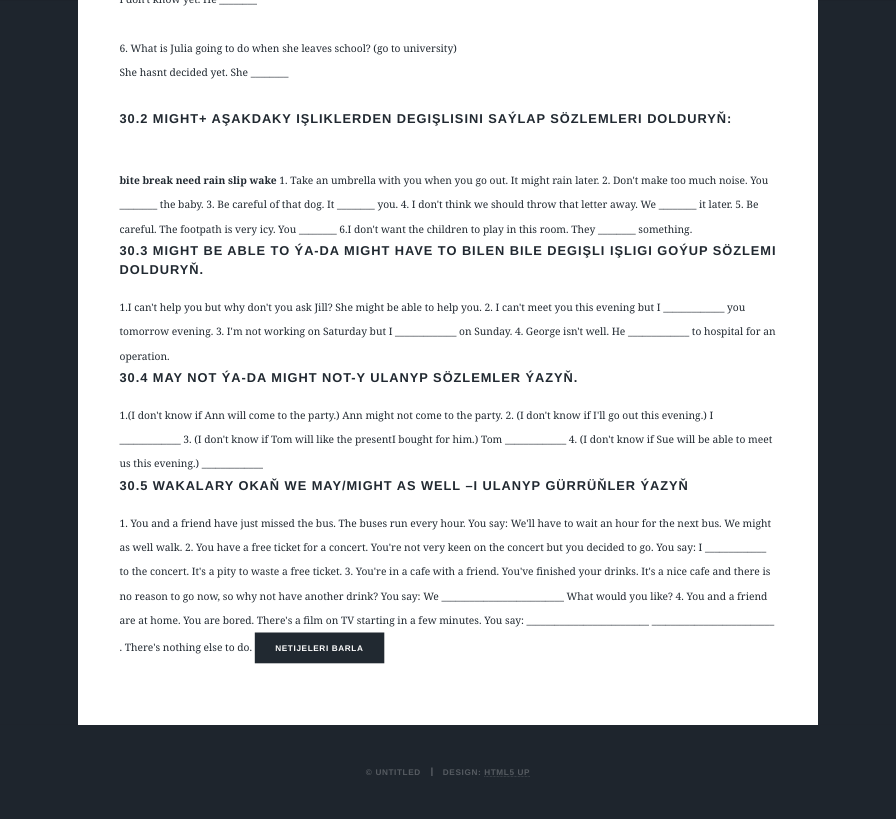
Repository: Sahet-dev/English-grammar-app
Page: test/test_unit _30.html
An editor plug-in stored every save of this project. The page is shown before and after the next save, followed by the edit.
The browser window is 1280 px wide. The pictures show the part of the page from y = 962 to 2882 px (the page is 2132 px tall before and 3351 px after), at 70% of full size.
Some web fonts or font styles are not loaded; a fallback is used.

Above is the page before, as saved 2022-06-24 17:03:01.

### test/test_unit _30.html
<!DOCTYPE HTML>
<!--
	Massively by HTML5 UP
	html5up.net | @ajlkn
	Free for personal and commercial use under the CCA 3.0 license (html5up.net/license)
-->
<html>
	<head>
		<title>Test </title>
		<meta charset="utf-8" />
		<meta name="viewport" content="width=device-width, initial-scale=1, user-scalable=no" />
		<link rel="stylesheet" href="../assets/css/test.css" />
		<noscript><link rel="stylesheet" href="../assets/css/noscript.css" /></noscript>
	</head>
	<body class="is-preload">

		<!-- Wrapper -->
			<div id="wrapper">

				<!-- Header -->
					<header id="header">
						<a href="index.html" class="logo">Esasy Sahypa</a>
					</header>

				<!-- Nav -->
					<nav id="nav">
						<ul class="links">
							<li><a href="units/.html">This is Massively</a></li>

						</ul>
						<ul class="icons">
							<li><a href="#" class="icon brands fa-twitter"><span class="label">Twitter</span></a></li>
							<li><a href="#" class="icon brands fa-facebook-f"><span class="label">Facebook</span></a></li>
							<li><a href="#" class="icon brands fa-instagram"><span class="label">Instagram</span></a></li>
							<li><a href="#" class="icon brands fa-github"><span class="label">GitHub</span></a></li>
						</ul>
					</nav>

				<!-- Main -->
					<div id="main">

						<!-- Post -->
							<section class="post">
								<header class="major">
									<h2>


									</h2>
								</header>

								<!-- Text stuff -->

									<p>
										<form action="results-unit-1.php" method="post">

										<h3>30.1


														Might ýa-da may-i ulanyp sözlemler ýazyň.</h3>
														1. Where are you going for your holidays? (to
														Ireland)<br>
														I haven't decided yet. I may go to ireland.
														<br><br>
														2. What sort of car are you going to buy? (a
														Mercedes)<br>
														I'm not sure yet. I   ________
														<br><br>
														3. What are you doing this weekend? (go to
														London)<br>
														I haven't decided yet. I  ________
														<br><br>
														4. Where are you going to hang that picture? (in
														the dining room)<br>
														I haven't made up my mind yet. I   ________
														<br><br>
														5. When is Tom coming to see us? (on
														Saturday)<br>
														I don't know yet. He    ________
														<br><br>
														6. What is Julia going to do when she leaves
														school? (go to university)<br>
														She hasnt decided yet. She    ________
														<br><br>
													<h3>30.2

														Might+ aşakdaky işliklerden degişlisini saýlap sözlemleri dolduryň:</h3>
														<br><b>
														bite

														break

														need

														rain

														slip

														wake
																	</b>
														1. Take an umbrella with you when you go out.
														It might rain later.

														2. Don't make too much noise. You   ________   the baby.



														3. Be careful of that dog. It   ________

														you.

														4. I don't think we should throw that letter
														away. We    ________    it later.

														5. Be careful. The footpath is very icy.

														You   ________

														6.I don't want the children to play in this room.
														They    ________   something.

													<h3>30.3

														Might be able to ýa-da might have to bilen bile degişli işligi goýup sözlemi dolduryň.</h3>

														1.I can't help you but why don't you ask Jill?
														She might be able to help you.

														2. I can't meet you this evening but I    _____________   you tomorrow evening.

														3. I'm not working on Saturday but I    _____________    on Sunday.

														4. George isn't well. He    _____________   to hospital for an operation.



													<h3>30.4

														May not ýa-da might not-y ulanyp sözlemler ýazyň.</h3>

														1.(I don't know if Ann will come to the party.)
														Ann might not come to the party.

														2. (I don't know if I'll go out this evening.)
														I   _____________
														3. (I don't know if Tom will like the presentI
														bought for him.) Tom   _____________

														4. (I don't know if Sue will be able to meet us
														this evening.)   _____________

													<h3>30.5

														Wakalary okaň we may/might as well –i
														Ulanyp gürrüňler ýazyň</h3>

														1. You and a friend have just missed the bus.
														The buses run every hour.
														You say: We'll have to wait an hour for the next bus. We might as well walk.



														2. You have a free ticket for a concert. You're

														not very keen on the concert but you decided to

														go.

														You say:

														I   _____________    to the

														concert. It's a pity to waste a free ticket.

														3. You're in a cafe with a friend. You've finished

														 your drinks. It's a nice cafe and there is no
														reason to go now, so why not have another
														drink?

														You say:
														We   __________________________

														What would you like?

														4. You and a friend are at home. You are bored.

														There's a film on TV starting in a few minutes.
														You say:   __________________________      __________________________   .

														There's nothing else to do.



											        <button class="button primary" type="submit">Netijeleri barla</button>
										</form>



									</p>


							</section>

					</div>


				<!-- Copyright -->
					<div id="copyright">
						<ul><li>&copy; Untitled</li><li>Design: <a href="https://html5up.net">HTML5 UP</a></li></ul>
					</div>

			</div>

		<!-- Scripts -->
			<script src="assets/js/jquery.min.js"></script>
			<script src="assets/js/jquery.scrollex.min.js"></script>
			<script src="assets/js/jquery.scrolly.min.js"></script>
			<script src="assets/js/browser.min.js"></script>
			<script src="assets/js/breakpoints.min.js"></script>
			<script src="assets/js/util.js"></script>
			<script src="assets/js/main.js"></script>

	</body>
</html>

Loaded but not shown: assets/js/jquery.min.js (library); assets/js/jquery.scrollex.min.js (common file); assets/js/jquery.scrolly.min.js (common file); assets/js/browser.min.js (common file); assets/js/breakpoints.min.js (common file); assets/css/fontawesome-all.min.css (library); assets/js/util.js (587 lines, source omitted); assets/js/main.js (258 lines, source omitted); assets/css/test.css (4689 lines, source omitted)

After the next save:
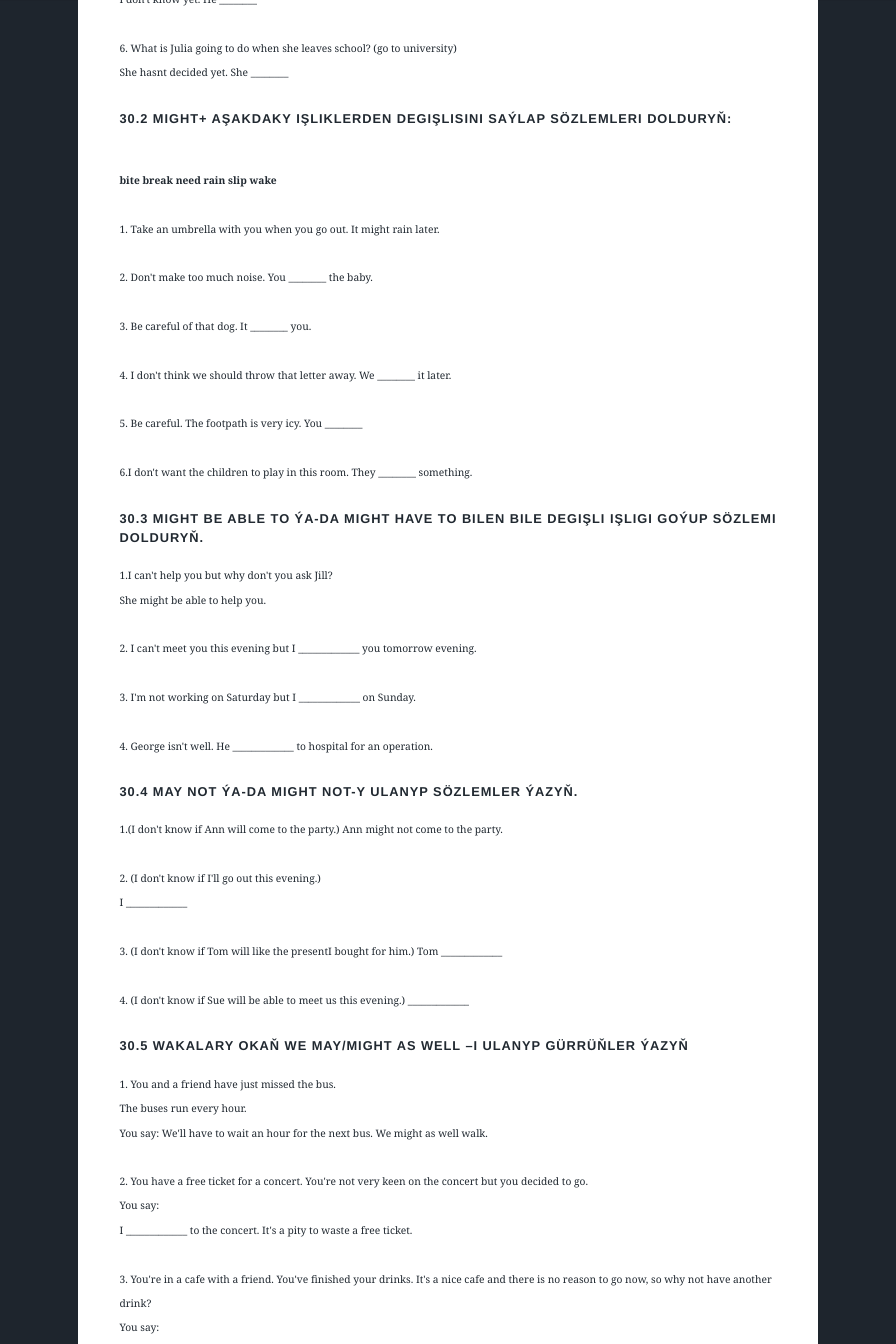
Saved 74 s later.
--- a/test/test_unit _30.html
+++ b/test/test_unit _30.html
@@ -96,42 +96,42 @@
 														slip
 
 														wake
-																	</b>
+																	</b><br><br>
 														1. Take an umbrella with you when you go out.
 														It might rain later.
-
+														<br><br>
 														2. Don't make too much noise. You   ________   the baby.
 
-
+														<br><br>
 
 														3. Be careful of that dog. It   ________
 
 														you.
-
+														<br><br>
 														4. I don't think we should throw that letter
 														away. We    ________    it later.
-
+														<br><br>
 														5. Be careful. The footpath is very icy.
 
 														You   ________
-
+														<br><br>
 														6.I don't want the children to play in this room.
 														They    ________   something.
-
+														<br><br>
 													<h3>30.3
 
 														Might be able to ýa-da might have to bilen bile degişli işligi goýup sözlemi dolduryň.</h3>
 
-														1.I can't help you but why don't you ask Jill?
+														1.I can't help you but why don't you ask Jill?<br>
 														She might be able to help you.
-
+														<br><br>
 														2. I can't meet you this evening but I    _____________   you tomorrow evening.
-
+														<br><br>
 														3. I'm not working on Saturday but I    _____________    on Sunday.
-
+														<br><br>
 														4. George isn't well. He    _____________   to hospital for an operation.
 
-
+														<br><br>
 
 													<h3>30.4
 
@@ -139,57 +139,57 @@
 
 														1.(I don't know if Ann will come to the party.)
 														Ann might not come to the party.
-
-														2. (I don't know if I'll go out this evening.)
-														I   _____________
+														<br><br>
+														2. (I don't know if I'll go out this evening.)<br>
+														I   _____________<br><br>
 														3. (I don't know if Tom will like the presentI
 														bought for him.) Tom   _____________
-
+														<br><br>
 														4. (I don't know if Sue will be able to meet us
 														this evening.)   _____________
-
+														<br><br>
 													<h3>30.5
 
 														Wakalary okaň we may/might as well –i
 														Ulanyp gürrüňler ýazyň</h3>
 
-														1. You and a friend have just missed the bus.
-														The buses run every hour.
+														1. You and a friend have just missed the bus.<br>
+														The buses run every hour.<br>
 														You say: We'll have to wait an hour for the next bus. We might as well walk.
-
+														<br><br>
 
 
 														2. You have a free ticket for a concert. You're
 
 														not very keen on the concert but you decided to
 
-														go.
-
-														You say:
+														go.<br>
+
+														You say:<br>
 
 														I   _____________    to the
 
 														concert. It's a pity to waste a free ticket.
-
+														<br><br>
 														3. You're in a cafe with a friend. You've finished
 
 														 your drinks. It's a nice cafe and there is no
 														reason to go now, so why not have another
-														drink?
-
-														You say:
+														drink?<br>
+
+														You say:<br>
 														We   __________________________
 
 														What would you like?
-
+														<br><br>
 														4. You and a friend are at home. You are bored.
-
+														<br>
 														There's a film on TV starting in a few minutes.
 														You say:   __________________________      __________________________   .
-
+														<br>
 														There's nothing else to do.
 
-
+														<br><br>
 
 											        <button class="button primary" type="submit">Netijeleri barla</button>
 										</form>
